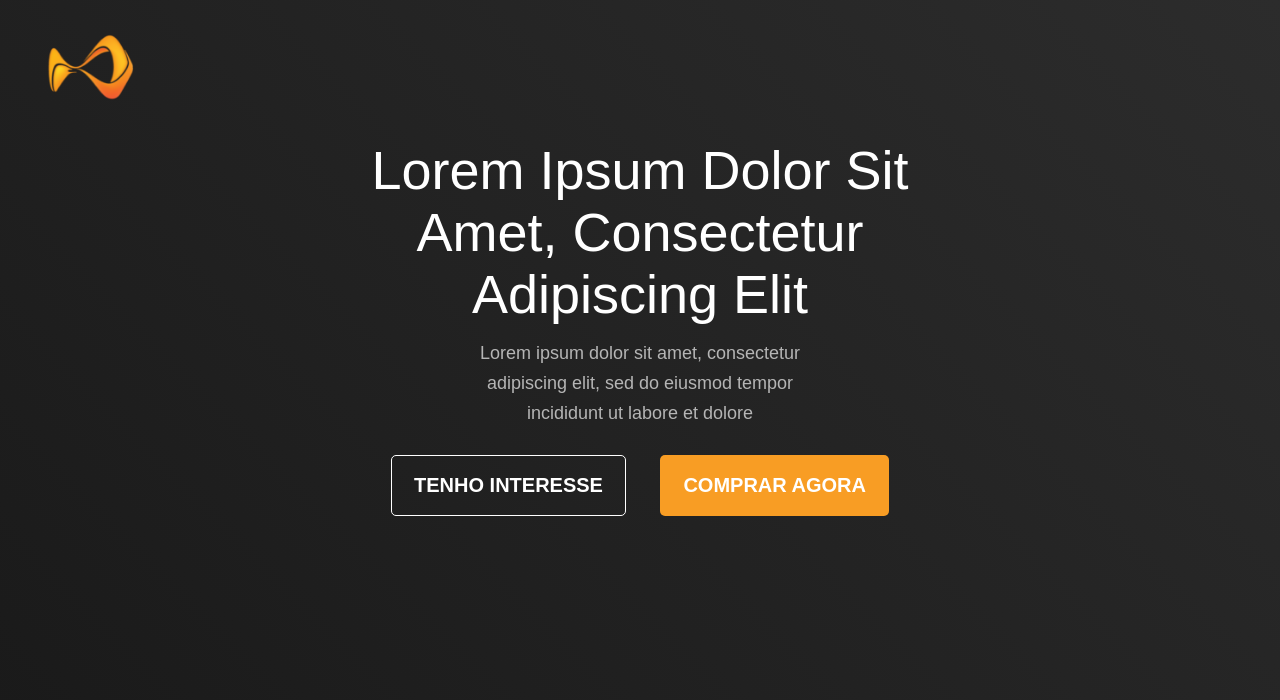
Repository: Rafael-Araujo-dev/Treinamento-Raccoon
Page: Projeto-2/index.html
These files come from the project's save history. The page is drawn as it stood at one moment and after a run of saves; the edit follows.
The browser window is 1280 px wide. The pictures show the whole page.
Some web fonts or font styles are not loaded; a fallback is used.

Above is the page before, as saved 2021-09-23 07:35:57.

After the next 3 saves:
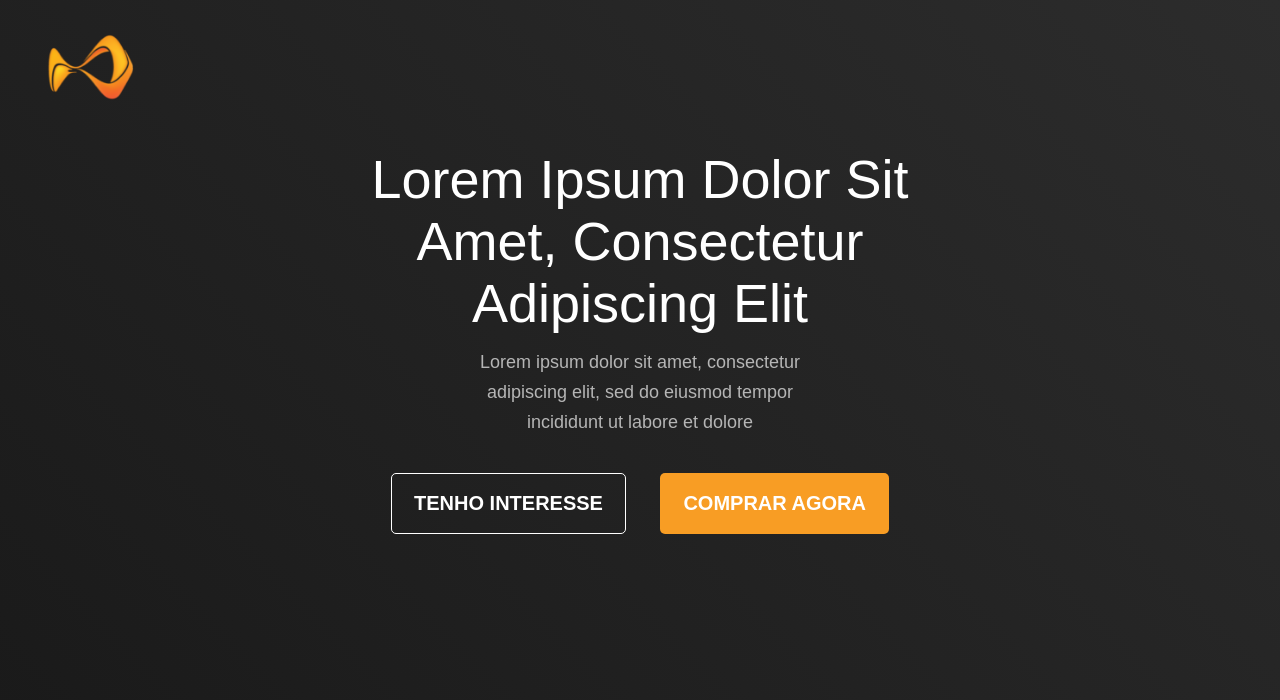
The 3 saves are shown as one change because they came seconds apart.
The last was saved 11 s later.
--- a/Projeto-2/css/style.css
+++ b/Projeto-2/css/style.css
@@ -158,7 +158,7 @@
 }
 
 .hero-btn-group {
-    margin-bottom: 25vh;
+    margin-bottom: 22.5vh;
     text-align: center;
 
 }
